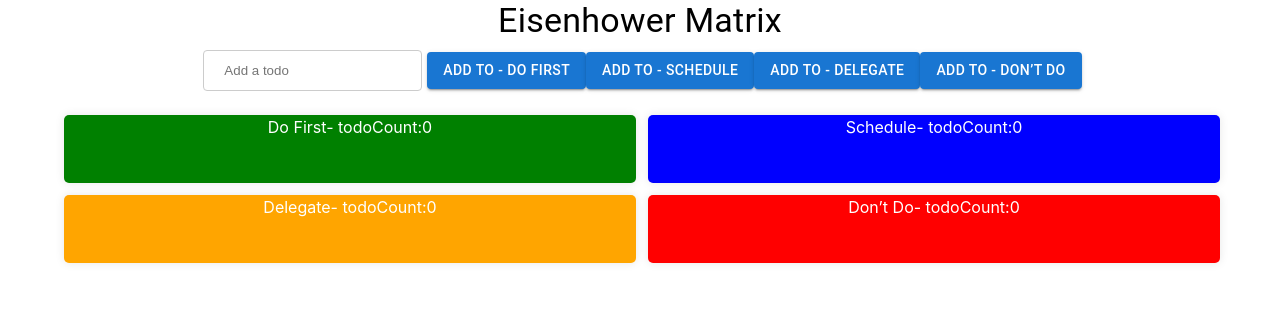
Repository: GokulDev4U/Krixi_react_assignment
Page: /
An editor plug-in stored every save of this project. The page is shown before and after the next save, followed by the edit.
The browser window is 1280 px wide. The pictures show the whole page.
The project was rebuilt for these pictures with package versions that can differ from the ones it lists, and the page was loaded fresh each time.

Above is the page before, as saved 2022-04-05 14:02:39.

### src/index.js
import React from "react";
import ReactDOM from "react-dom";
import "./index.css";
import App from "./App";
import { store } from "./app/store";
import { Provider } from "react-redux";
import * as serviceWorker from "./serviceWorker";
import { PersistGate } from "redux-persist/integration/react";
import { persistStore } from "redux-persist";

let persistor = persistStore(store);

ReactDOM.render(
  <React.StrictMode>
    <Provider store={store}>
      <PersistGate loading={null} persistor={persistor}>
        <App />
      </PersistGate>
    </Provider>
  </React.StrictMode>,
  document.getElementById("root")
);

// If you want your app to work offline and load faster, you can change
// unregister() to register() below. Note this comes with some pitfalls.
// Learn more about service workers: https://bit.ly/CRA-PWA
serviceWorker.unregister();

### src/App.js
import React, { useState } from "react";
import { Container, Grid, Button, Typography } from "@mui/material";
import Card from "./Components/card/Card";
import { useDispatch } from "react-redux";
import { addDoFirst } from "./features/todo/todoSlice";
import { addSchedule } from "./features/todo/todoScheduleSlice";
import { addDelegate } from "./features/todo/todoDelegateSlice";
import { addDontDo } from "./features/todo/todoDontDoSlice";
import "./App.css";
import { DragDropContext } from "react-beautiful-dnd";

function App() {
  const dispatch = useDispatch();
  const [todo, setTodo] = useState("");
  let finalTodo = todo;
  const handleChange = (e) => {
    setTodo(e.target.value);
  };
  const handleDoFirstButtonClick = (e) => {
    e.preventDefault();
    e.stopPropagation();
    if (todo.length > 0) {
      dispatch(addDoFirst(finalTodo));
      setTodo("");
    }
  };
  const handleScheduleButtonClick = (e) => {
    e.preventDefault();
    e.stopPropagation();
    if (todo.length > 0) {
      dispatch(addSchedule(finalTodo));
      setTodo("");
    }
  };
  const handleDelegateButtonClick = (e) => {
    e.preventDefault();
    e.stopPropagation();
    if (todo.length > 0) {
      dispatch(addDelegate(finalTodo));
      setTodo("");
    }
  };
  const handleDontDoButtonClick = (e) => {
    e.preventDefault();
    e.stopPropagation();
    if (todo.length > 0) {
      dispatch(addDontDo(finalTodo));
      setTodo("");
    }
  };

  const onDragEnd = (result) => {
    const { destination, source, draggableId } = result;
    if (!destination) {
      return;
    }
    if (
      destination.droppableId === source.droppableId &&
      destination.index === source.index
    ) {
      return;
    }
    const start = source.droppableId;
    const finish = destination.droppableId;
    if (start === "doFirst" && finish === "schedule") {
      dispatch(addSchedule(finalTodo));
      dispatch(addDoFirst(finalTodo));
    } else if (start === "doFirst" && finish === "delegate") {
      dispatch(addDelegate(finalTodo));
      dispatch(addDoFirst(finalTodo));
    } else if (start === "doFirst" && finish === "dontDo") {
      dispatch(addDontDo(finalTodo));
      dispatch(addDoFirst(finalTodo));
    } else if (start === "schedule" && finish === "doFirst") {
      dispatch(addDoFirst(finalTodo));
      dispatch(addSchedule(finalTodo));
    } else if (start === "schedule" && finish === "delegate") {
      dispatch(addDelegate(finalTodo));
      dispatch(addSchedule(finalTodo));
    } else if (start === "schedule" && finish === "dontDo") {
      dispatch(addDontDo(finalTodo));
      dispatch(addSchedule(finalTodo));
    } else if (start === "delegate" && finish === "doFirst") {
      dispatch(addDoFirst(finalTodo));
      dispatch(addDelegate(finalTodo));
    } else if (start === "delegate" && finish === "schedule") {
      dispatch(addSchedule(finalTodo));
      dispatch(addDelegate(finalTodo));
    } else if (start === "delegate" && finish === "dontDo") {
      dispatch(addDontDo(finalTodo));
      dispatch(addDelegate(finalTodo));
    } else if (start === "dontDo" && finish === "doFirst") {
      dispatch(addDoFirst(finalTodo));
      dispatch(addDontDo(finalTodo));
    } else if (start === "dontDo" && finish === "schedule") {
      dispatch(addSchedule(finalTodo));
      dispatch(addDontDo(finalTodo));
    } else if (start === "dontDo" && finish === "delegate") {
      dispatch(addDelegate(finalTodo));
      dispatch(addDontDo(finalTodo));
    }
  };

  return (
    <DragDropContext onDragEnd={onDragEnd}>
      <div className="App">
        <Container sx={{ flexGrow: 1 }}>
          <Typography variant="h4">Eisenhower Matrix</Typography>
          <Grid container spacing={2}>
            <Grid item xs={12}>
              <input
                type="text"
                placeholder="Add a todo"
                value={todo}
                onChange={handleChange}
              />
              <Button
                variant="contained"
                color="primary"
                onClick={handleDoFirstButtonClick}
              >
                Add to - do first
              </Button>
              <Button
                variant="contained"
                color="primary"
                onClick={handleScheduleButtonClick}
              >
                Add to - Schedule
              </Button>
              <Button
                variant="contained"
                color="primary"
                onClick={handleDelegateButtonClick}
              >
                Add to - Delegate
              </Button>
              <Button
                variant="contained"
                color="primary"
                onClick={handleDontDoButtonClick}
              >
                Add to - Don’t Do
              </Button>
            </Grid>
            <Grid item xs={6}>
              <Card color="green" title="Do First" flag="doFirst" />
            </Grid>
            <Grid item xs={6}>
              <Card color="blue" title="Schedule" flag="schedule" />
            </Grid>
            <Grid item xs={6}>
              <Card color="orange" title="Delegate" flag="delegate" />
            </Grid>
            <Grid item xs={6}>
              <Card color="red" title="Don’t Do" flag="dontDo" />
            </Grid>
          </Grid>
        </Container>
      </div>
    </DragDropContext>
  );
}

export default App;

### src/app/store.js
import { configureStore } from "@reduxjs/toolkit";
import storage from "redux-persist/lib/storage";
import { combineReducers } from "redux";
import { persistReducer } from "redux-persist";
import todoReducer from "../features/todo/todoSlice";
import todoScheduleReducer from "../features/todo/todoScheduleSlice";
import todoDelegateReducer from "../features/todo/todoDelegateSlice";
import todoDontDoReducer from "../features/todo/todoDontDoSlice";

const reducers = combineReducers({
  todo: todoReducer,
  todoSchedule: todoScheduleReducer,
  todoDelegate: todoDelegateReducer,
  todoDontDo: todoDontDoReducer,
});

const persistConfig = {
  key: "root",
  storage,
};

const persistedReducer = persistReducer(persistConfig, reducers);

export const store = configureStore({
  reducer: persistedReducer,
  devTools: process.env.NODE_ENV !== "production",
});

### src/Components/card/Card.jsx
import React from 'react';
import { useSelector } from 'react-redux';
import { selectTodoDoFirst } from '../../features/todo/todoSlice';
import { selectTodoSchedule } from '../../features/todo/todoScheduleSlice';
import { selectTodoDelegate } from '../../features/todo/todoDelegateSlice';
import { selectTodoDontDo } from '../../features/todo/todoDontDoSlice';
import './Card.css';
import { Draggable } from 'react-beautiful-dnd';
import { Droppable } from 'react-beautiful-dnd';


const Card = ({ color, title, flag }) => {
  const todosDoFirst = useSelector(selectTodoDoFirst);
  const todosSchedule = useSelector(selectTodoSchedule);
  const todosDelegate = useSelector(selectTodoDelegate);
  const todosDontDo = useSelector(selectTodoDontDo);

  let todosDoFirstLength = todosDoFirst.length;
  let todosScheduleLength = todosSchedule.length;
  let todosDelegateLength = todosDelegate.length;
  let todosDontDoLength = todosDontDo.length;
  const innerRef = React.useRef();

  const getTodosDoFirstRef = () => {
    return innerRef.current.children[0];
  };

  const getTodosScheduleRef = () => {
    return innerRef.current.children[1];
  };

  const getTodosDelegateRef = () => {
    return innerRef.current.children[2];
  };

  const getTodosDontDoRef = () => {
    return innerRef.current.children[3];
  };

  return (
    <div className='box' style={{ backgroundColor: `${color}` }}>
      <div className="card-title">
        {`${title}- todoCount:${Number((flag === "doFirst" && todosDoFirstLength) || (flag === "schedule" && todosScheduleLength) || (flag === "delegate" && todosDelegateLength) || (flag === "dontDo" && todosDontDoLength))}`}
      </div>
      <Droppable droppableId={flag} >
        {(provided, snapshot) => {
          return (
            <div className="card-content" ref={provided.innerRef} {...provided.droppableProps} >
              <Draggable draggableId={title} index={0}>
                {(provided, snapshot) => {
                  return (
                    <div className="card-content-item" ref={provided.innerRef} {...provided.draggableProps} {...provided.dragHandleProps}>
                      {flag === "doFirst" && todosDoFirst?.map((todo, index) => (
                        <div key={index} className='item' >
                          {todo}
                        </div>
                      ))}
                    </div>
                  );
                }}
              </Draggable>
              <Draggable draggableId={title} index={1}>
                {(provided, snapshot) => {
                  return (
                    <div className="card-content-item" ref={provided.innerRef} {...provided.draggableProps} {...provided.dragHandleProps}>
                      {flag === "schedule" && todosSchedule?.map((todo, index) => (
                        <div key={index} >
                          {todo}
                        </div>
                      ))}
                    </div>
                  );
                }}
              </Draggable>
              <Draggable draggableId={title} index={2}>
                {(provided, snapshot) => {
                  return (
                    <div className="card-content-item" ref={provided.innerRef} {...provided.draggableProps} {...provided.dragHandleProps}>
                      {flag === "delegate" && todosDelegate?.map((todo, index) => (
                        <div key={index} >
                          {todo}
                        </div>
                      ))}
                    </div>
                  );
                }}
              </Draggable>
              <Draggable draggableId={title} index={3}>
                {(provided, snapshot) => {
                  return (
                    <div className="card-content-item" ref={provided.innerRef} {...provided.draggableProps} {...provided.dragHandleProps}>
                      {flag === "dontDo" && todosDontDo?.map((todo, index) => (
                        <div key={index} >
                          {todo}
                        </div>
                      ))}
                    </div>
                  );
                }}
              </Draggable>
            </div>
          );
        }}
      </Droppable>
    </div >
  );
};

export default Card;

### src/features/todo/todoSlice.jsx
import { createSlice } from "@reduxjs/toolkit";

const initialState = {
    doFirst: [],
    // schedule: [],
    // delegate: [],
    // dontDo: [],
};

export const todoSlice = createSlice({
    name: "todo",
    initialState,
    reducers: {
        addDoFirst: (state, action) => {
            state.doFirst.push(action.payload);
        },
        // addSchedule: (state, action) => {
        //     state.schedule.push(action.payload);
        // },
        // addDelegate: (state, action) => {
        //     state.delegate.push(action.payload);
        // },
        // addDontDo: (state, action) => {
        //     state.dontDo.push(action.payload);
        // },
        remove: (state) => {
            // state.value -= 1;
        },
        edit: (state, action) => {
            // state.value += action.payload;
        },
    },
});

export const { addDoFirst, addDelegate, addSchedule, addDontDo, remove, edit } = todoSlice.actions;

export const selectTodoDoFirst = (state) => state.todo.doFirst;
// export const selectTodoSchedule = (state) => state.todo.schedule;
// export const selectTodoDelegate = (state) => state.todo.delegate;
// export const selectTodoDontDo = (state) => state.todo.dontDo;

export default todoSlice.reducer;

### src/features/todo/todoScheduleSlice.jsx
import { createSlice } from "@reduxjs/toolkit";

const initialState = {
    schedule: [],
};

export const todoScheduleSlice = createSlice({
    name: "todoSchedule",
    initialState,
    reducers: {
        addSchedule: (state, action) => {
            state.schedule.push(action.payload);
        },
        remove: (state) => {

        },
        edit: (state, action) => {

        },
    },
});

export const { addSchedule, remove, edit } = todoScheduleSlice.actions;

export const selectTodoSchedule = (state) => state.todoSchedule.schedule;

export default todoScheduleSlice.reducer;

### src/features/todo/todoDelegateSlice.jsx
import { createSlice } from "@reduxjs/toolkit";

const initialState = {
    delegate: [],
};

export const todoDelegateSlice = createSlice({
    name: "todoDelegate",
    initialState,
    reducers: {
        addDelegate: (state, action) => {
            state.delegate.push(action.payload);
        },
        remove: (state) => {

        },
        edit: (state, action) => {

        },
    },
});

export const { addDelegate, remove, edit } = todoDelegateSlice.actions;

export const selectTodoDelegate = (state) => state.todoDelegate.delegate;

export default todoDelegateSlice.reducer;

### src/features/todo/todoDontDoSlice.jsx
import { createSlice } from "@reduxjs/toolkit";

const initialState = {
    dontDo: [],
};

export const todoDontDoSlice = createSlice({
    name: "todoDontDo",
    initialState,
    reducers: {
        addDontDo: (state, action) => {
            state.dontDo.push(action.payload);
        },
        remove: (state) => {

        },
        edit: (state, action) => {

        },
    },
});

export const { addDontDo, remove, edit } = todoDontDoSlice.actions;

export const selectTodoDontDo = (state) => state.todoDontDo.dontDo;

export default todoDontDoSlice.reducer;

### src/App.css
.App {
  text-align: center;
}

input[type=text]{
  /* width: 100%; */
  padding: 12px 20px;
  margin: 8px 5px;
  display: inline-block;
  border: 1px solid #ccc;
  border-radius: 4px;
  box-sizing: border-box;
}

Button {
  margin-right: 5px;
}

### src/Components/card/Card.css
 .box{
    width: 100%;
    height: 100%;
    color: #fff;
    border-radius: 5px;
    box-shadow: 0 0 10px rgba(0,0,0,0.1);
    overflow: hidden;
    cursor: pointer;
    padding: 2px;
 }
 .card-content{
    display: flex;
    flex-direction: column;
    justify-content: space-around;

 }
 .card-content-item{
      width: 100%;
      height: 100%;
      /* background-color: rgb(187, 231, 202); */
      padding: 5px;
      border-radius: 5px;
 }

Loaded but not shown: public/index.html (common file); src/index.css (common file); src/serviceWorker.js (common file)

After the next save:
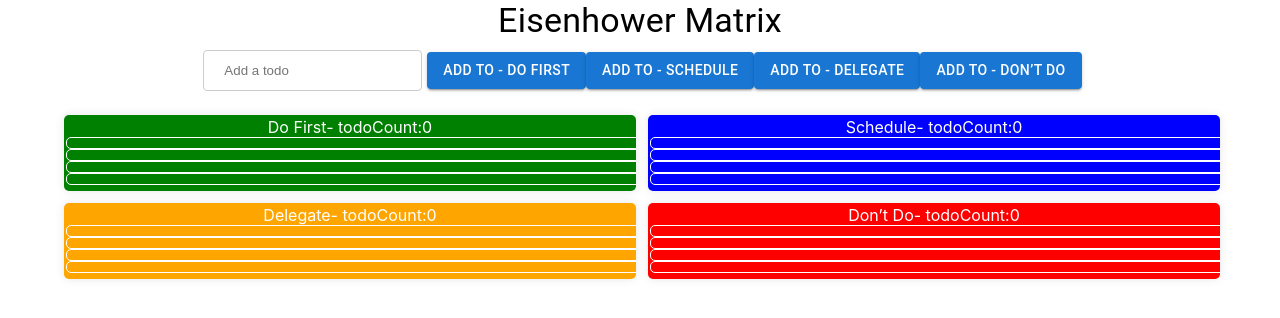
Saved 31 s later.
--- a/src/Components/card/Card.css
+++ b/src/Components/card/Card.css
@@ -17,6 +17,7 @@
  .card-content-item{
       width: 100%;
       height: 100%;
+      border: 1px solid #fff;
       /* background-color: rgb(187, 231, 202); */
       padding: 5px;
       border-radius: 5px;
